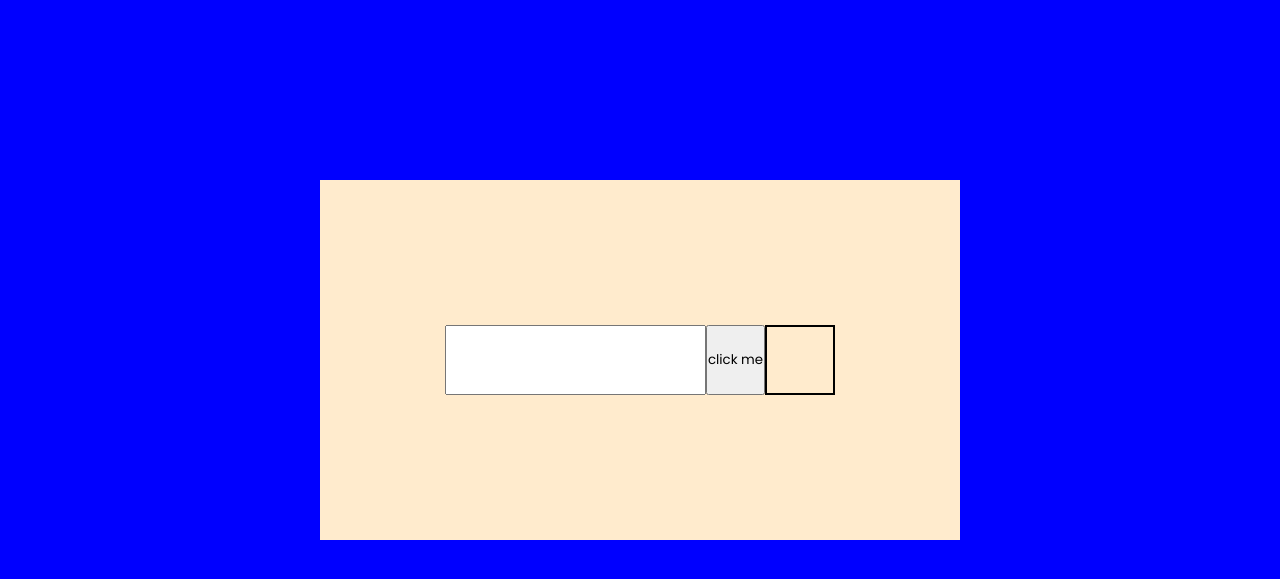
Repository: NarekTovmasyan/promise
Page: inex.html
The author's editor kept a copy of each file at every save. The page is drawn from the files as they stood at one save, then again after the next save.
The browser window is 1280 px wide. The pictures show the whole page.

Above is the page before, as saved 2022-02-21 20:36:11.

After the next save:
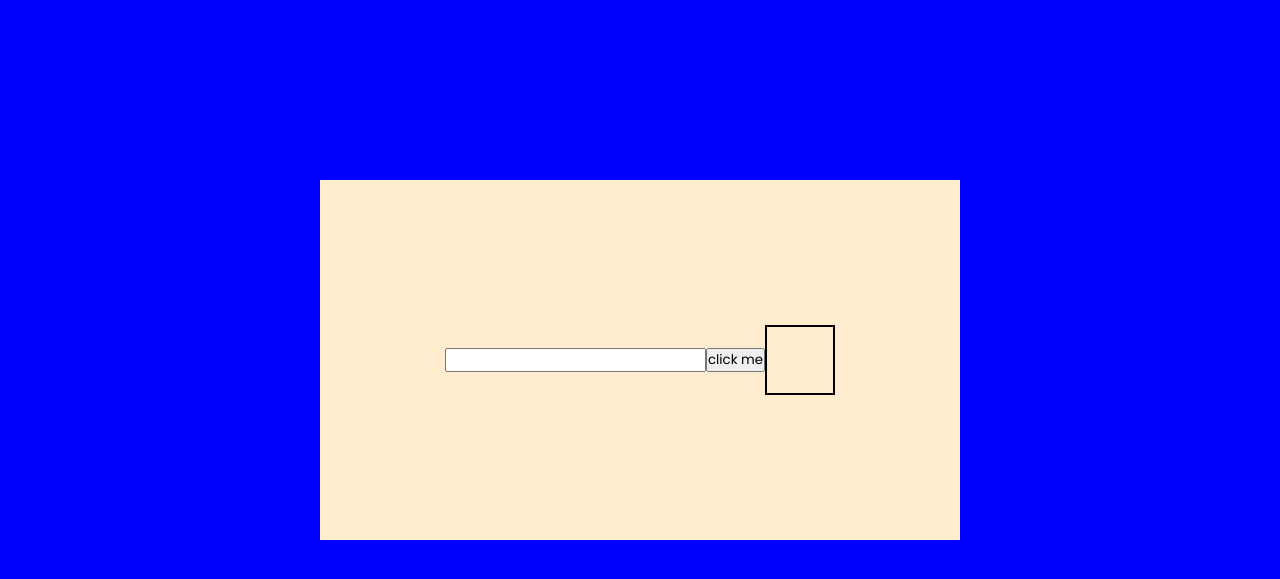
Saved 2 min 27 s later.
--- a/style.css
+++ b/style.css
@@ -27,7 +27,7 @@
 }
 
 .main {
-    display: flex;
+    display: contents;
     flex-direction: row;
 }
 
